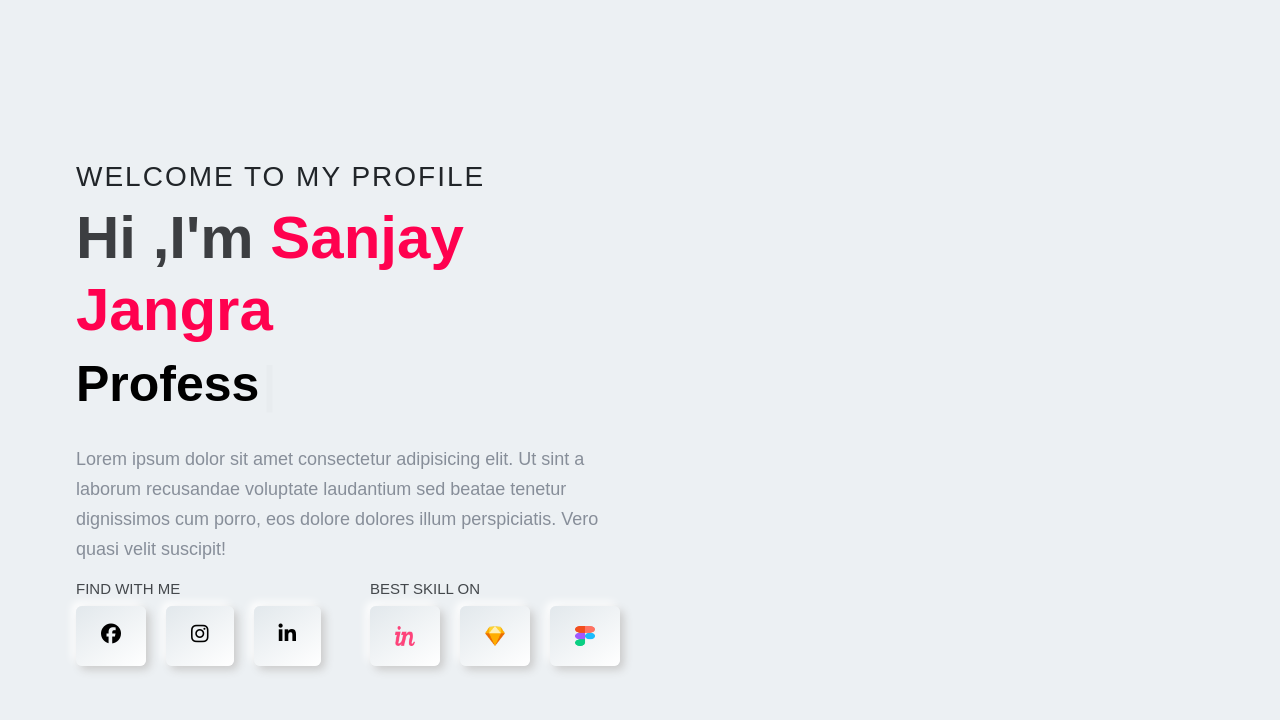
Repository: Sanjayjangra88/PortFolio
Page: /
An editor plug-in stored every save of this project. The page is shown before and after the next save, followed by the edit.
The browser window is 1280 px wide. The pictures show the whole page.
Some web libraries are served in a nearby version. The project was rebuilt for these pictures with package versions that can differ from the ones it lists, and the page was loaded fresh each time. Also part of the build but not shown: src/Components/Header/Header.jsx.

Above is the page before, as saved 2022-09-10 21:03:42.

After the next save:
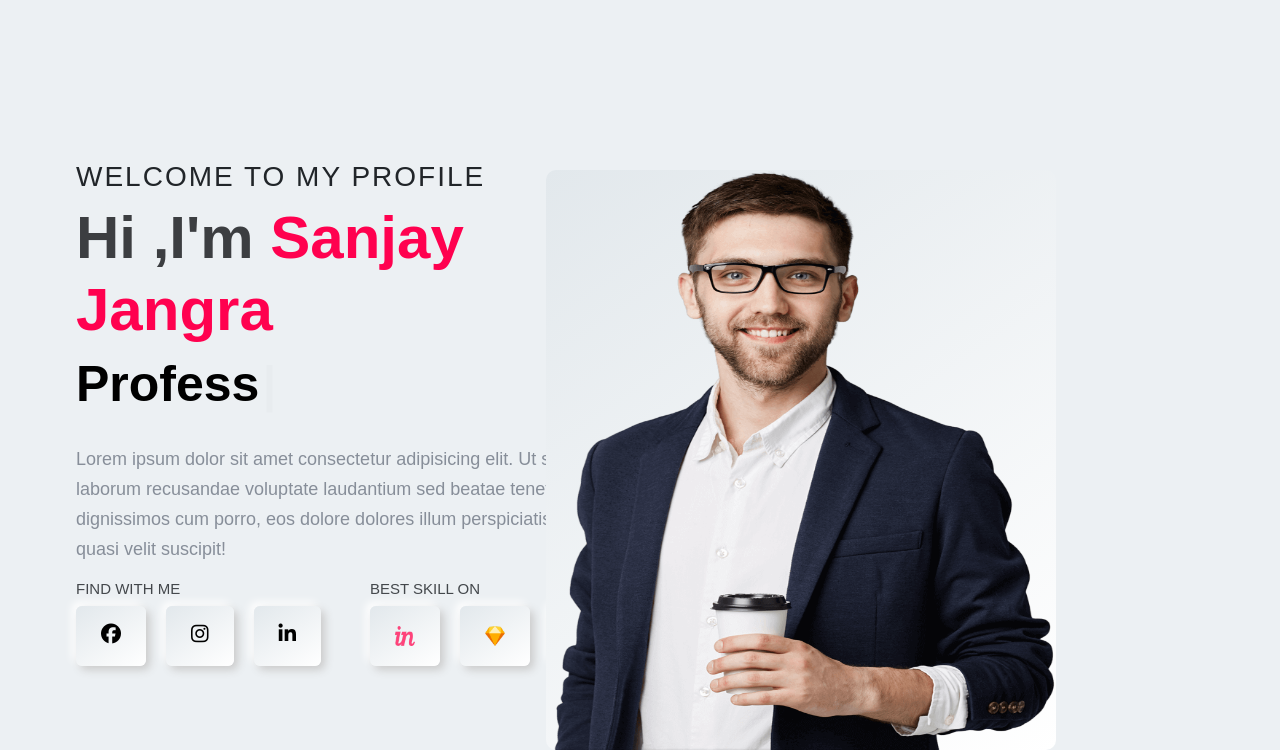
Saved 3 min 12 s later.
--- a/src/Components/Home/Home.jsx
+++ b/src/Components/Home/Home.jsx
@@ -2,6 +2,7 @@ import React from 'react'
 import skill1 from '../Pic/skill1.png'
 import skill2 from '../Pic/skill2.png'
 import skill3 from '../Pic/skill3.png'
+import hero from '../Pic/hero.png'
 import './home.css'
 import { Typewriter} from 'react-simple-typewriter'
 
@@ -59,6 +60,11 @@ Lorem ipsum dolor sit amet consectetur adipisicing elit. Ut sint a laborum recus
                             </div>
                         </div>
             </div>
+            <div className="right">
+                <div className="right_img">
+                    <img src={hero}alt=''/>
+                </div>
+            </div>
         </div>
       </section>
     </>
